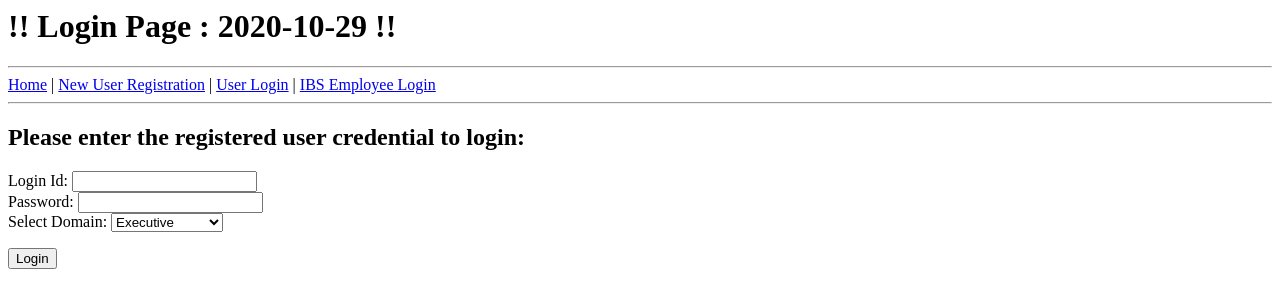
Repository: anik84/ibs
Page: http://localhost/IBS/ibs_employee_login.jsp
These files come from the project's save history. The page is drawn as it stood at one moment and after the next save; the edit follows.
The browser window is 1280 px wide. The pictures show the whole page.
The page is served by Tomcat 9.

Above is the page before, as saved 2020-10-29 06:09:24.

After the next save:
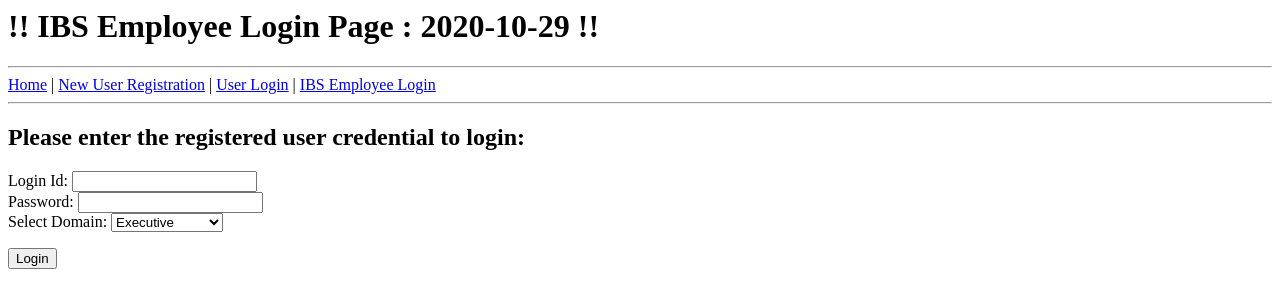
Saved 25 s later.
--- a/IBS_JSPs/IBS/WebContent/ibs_employee_login.jsp
+++ b/IBS_JSPs/IBS/WebContent/ibs_employee_login.jsp
@@ -5,7 +5,7 @@
 </head>
 <body>
 	<h1>
-		!! Login Page :
+		!! IBS Employee Login Page :
 		<%=LocalDate.now()%>
 		!!
 	</h1>
